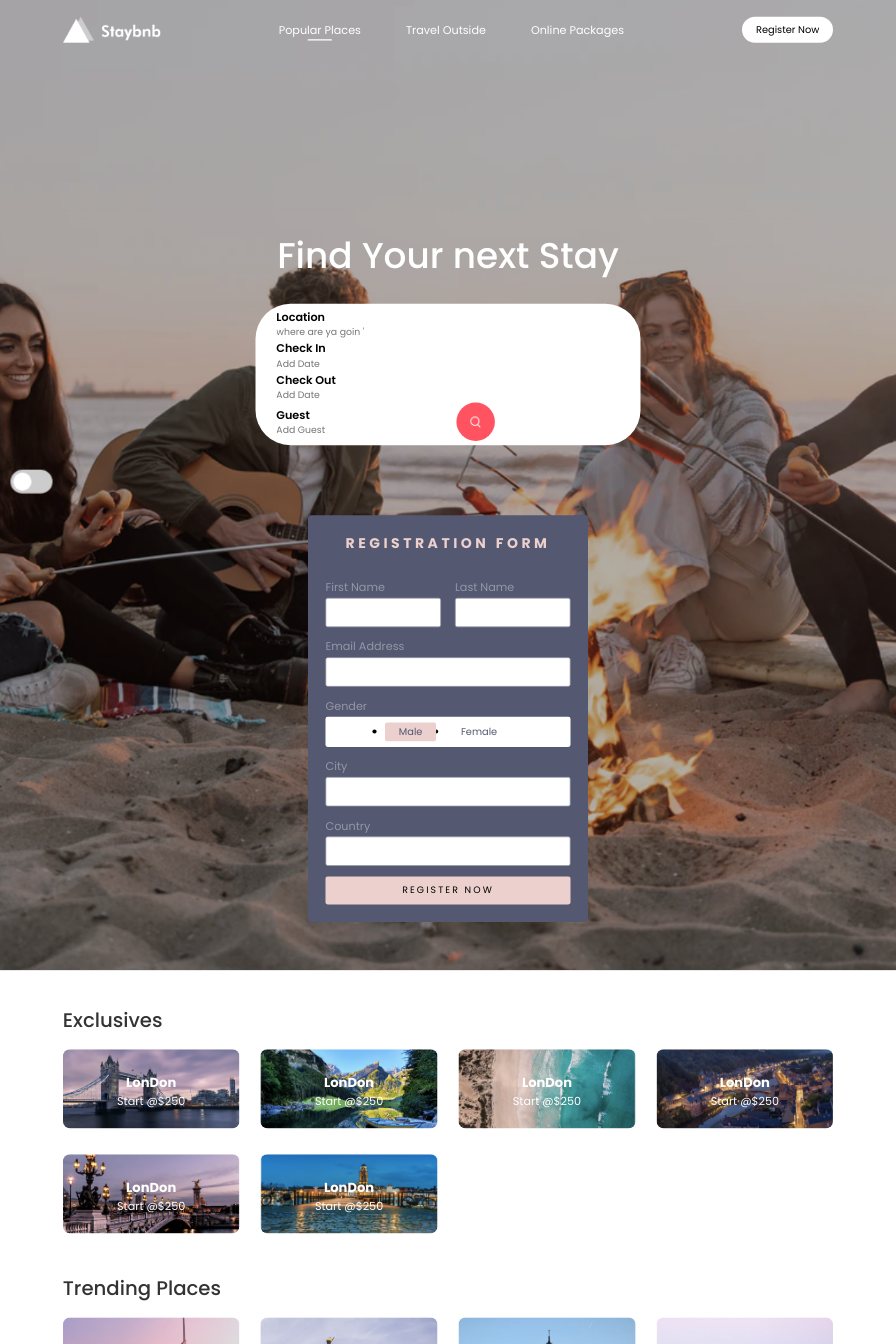
Repository: pinocoding/AirBnB
Page: index.html
These files come from the project's save history. The page is drawn as it stood at one moment and after the next save; the edit follows.
The browser window is 1280 px wide. The pictures show the part of the page from y = 0 to 1920 px (the page is 3707 px tall), at 70% of full size.

Above is the page before, as saved 2022-02-13 10:47:29.
Console error: TypeError: Cannot set properties of null (setting 'onclick')

### index.html
<!DOCTYPE html>
<html lang="en">

<head>
    <meta charset="UTF-8">
    <meta http-equiv="X-UA-Compatible" content="IE=edge">
    <meta name="viewport" content="width=device-width, initial-scale=1.0">
    <link rel="stylesheet" href="https://cdnjs.cloudflare.com/ajax/libs/font-awesome/6.0.0-beta3/css/all.min.css">

    <link rel="stylesheet" href="./style.css">

    <title>AirBnB</title>
</head>

<body>
    <div class="warrper">
        <div class="header">
            <nav id="navBar">
                <img src="./images/logo.png" class="logo" alt="blem">
                <ul class=" nav-links ">
                    <li><a href="./index.html " class="navtag active ">Popular Places</a></li>
                    <li><a href="./house.html " class="navtag ">Travel Outside</a></li>
                    <li><a href="./listing.html " class="navtag ">Online Packages</a></li>
                </ul>
                <a class="regiser-btn">Register Now</a>
                <i class="fas fa-bars menuIcon "></i>
            </nav>
            <div class="container ">
                <h1>
                    Find Your next Stay
                </h1>
                <div class="search-bar ">
                    <form>
                        <div class="location-input ">
                            <label for=" ">Location</label>
                            <input type="text " placeholder="where are ya goin '">
                        </div>
                        <div>
                            <label for="">Check In </label>
                            <input type="text" placeholder="Add Date">
                        </div>
                        <div>
                            <label for="">Check Out</label>
                            <input type="text" placeholder="Add Date">
                        </div>
                        <div>
                            <label for="">Guest</label>
                            <input type="text" placeholder="Add Guest">
                        </div>
                        <button type="submit">
              <img src="./images/search.png" alt="blem" >
            </button>
                    </form>
                </div>


            </div>
            <!-- IMG gallary  -->
            <label class="switch">
                <input type="checkbox">
                <span class="slider round"></span>
              </label>
            <!-- blem blem blem  -->
            <div class="wrapperr form">
                <div class="registration_form">
                    <div class="title">
                        Registration Form
                    </div>

                    <form>
                        <div class="form_wrap">
                            <div class="input_grp">
                                <div class="input_wrap">
                                    <label for="fname">First Name</label>
                                    <input type="text" id="fname">
                                </div>
                                <div class="input_wrap">
                                    <label for="lname">Last Name</label>
                                    <input type="text" id="lname">
                                </div>
                            </div>
                            <div class="input_wrap">
                                <label for="email">Email Address</label>
                                <input type="text" id="email">
                            </div>
                            <div class="input_wrap">
                                <label>Gender</label>
                                <ul>
                                    <li>
                                        <label class="radio_wrap">
                                            <input type="radio" name="gender" value="male" class="input_radio" checked>
                                            <span>Male</span>
                                        </label>
                                    </li>
                                    <li>
                                        <label class="radio_wrap">
                                            <input type="radio" name="gender" value="female" class="input_radio">
                                            <span>Female</span>
                                        </label>
                                    </li>
                                </ul>
                            </div>
                            <div class="input_wrap">
                                <label for="city">City</label>
                                <input type="text" id="city">
                            </div>
                            <div class="input_wrap">
                                <label for="country">Country</label>
                                <input type="text" id="country">
                            </div>
                            <div class="input_wrap">
                                <input type="submit" value="Register Now" class="submit_btn">
                            </div>
                        </div>
                    </form>
                </div>
            </div>

            <!-- blem blem blem  -->


            <!-- ---------Container------ -->

        </div>
        <div class="container">
            <h2 class="sub-title">Exclusives</h2>
            <div class="exclusives">
                <div>
                    <img src="./images/image-1.png" alt="blem">
                    <span>
           <h3>
             LonDon
           </h3>
           <p>
             Start @$250
           </p>
         </span>
                </div>
                <div>
                    <img src="./images/image-2.png" alt="">
                    <span>
          <h3>
            LonDon
          </h3>
          <p>
            Start @$250
          </p>
        </span>
                </div>
                <div>
                    <img src="./images/image-3.png" alt="">
                    <span>
          <h3>
            LonDon
          </h3>
          <p>
            Start @$250
          </p>
        </span>
                </div>
                <div>
                    <img src="./images/image-4.png" alt="">
                    <span>
          <h3>
            LonDon
          </h3>
          <p>
            Start @$250
          </p>
        </span>
                </div>
                <div>
                    <img src="./images/image-5.png" alt="">
                    <span>
          <h3>
            LonDon
          </h3>
          <p>
            Start @$250
          </p>
        </span>
                </div>
                <div>
                    <img src="./images/image-6.png" alt="">
                    <span>
          <h3>
            LonDon
          </h3>
          <p>
            Start @$250
          </p>
        </span>
                </div>
            </div>
            <h2 class="sub-title">
                Trending Places
            </h2>
            <div class="trending">
                <div>
                    <img src="./images/dubai.png" alt="blem">
                    <h3>DuBai</h3>
                </div>
                <div>
                    <img src="./images/new-york.png" alt="blem">
                    <h3>New-York</h3>
                </div>
                <div>
                    <img src="./images/paris.png" alt="blem">
                    <h3>Paris</h3>
                </div>
                <div>
                    <img src="./images/new-delhi.png" alt="blem">
                    <h3>New-delhi</h3>
                </div>
            </div>
            <div class="cta">
                <h3>Sharing <br> is Earning now</h3>
                <p>Great opportunity to make money by <br> Sharing your extra space.</p>
                <a href="#" class="cta-btn">know More </a>
            </div>
            <h2 class="sub-title">
                Traveller Stories
            </h2>
            <div class="stories">
                <div>
                    <img src="./images/story-1.png" alt="#">
                    <p>Popular Euopean countries with a bugget of just $10.000 </p>
                </div>
                <div>
                    <img src="./images/story-2.png" alt="#">
                    <p>Traveled more than 100 Centuries in less thang a year </p>
                </div>
                <div>
                    <img src="./images/story-3.png" alt="#">
                    <p>Best experience you get while traveling to ThaiLand</p>
                </div>

            </div>
            <a href="#" class="start-btn">Start making money</a>
            <div class="about-msg">
                <h2>About StayBnB</h2>
                <p>
                    Lorem ipsum dolor, sit amet consectetur adipisicing elit. Commodi voluptates nostrum quasi, voluptatibus obcaecati delectus? Delectus omnis obcaecati id perferendis suscipit autem nobis. Eum reiciendis placeat minima molestiae ducimus iure! Lorem ipsum
                    dolor sit amet consectetur adipisicing elit. Natus, pariatur. Sapiente vero optio odit, ab voluptatem nobis iusto odio vel quam tempore maxime tenetur esse inventore modi suscipit alias pariatur!
                </p>
                <div class="footer">
                    <a href="https://www.facebook.com/profile.php?id=100018576767734" aria-label="Read more about Seminole tax hike"><i class="fab fa-facebook"></i></a>
                    <a href=""><i class="fab fa-youtube" aria-label="Read more about Seminole tax hike"></i> </a>

                    <a href=""><i class="fab fa-twitter" aria-label="Read more about Seminole tax hike"></i></a>
                    <a href=""><i class="fab fa-instagram" aria-label="Read more about Seminole tax hike"></i></a>
                    <a href=""><i class="fab fa-tiktok" aria-label="Read more about Seminole tax hike"></i></a>

                    <hr>
                    <p>Copyright @ 2021, Easy Tutorials.</p>
                </div>
            </div>

            <!--  -->

        </div>


    </div>
    <!-- header -->
</body>
<script src="./function.js"></script>

</html>

Loaded but not shown: function.js (26 lines, source omitted); style.css (1040 lines, source omitted)

After the next save:
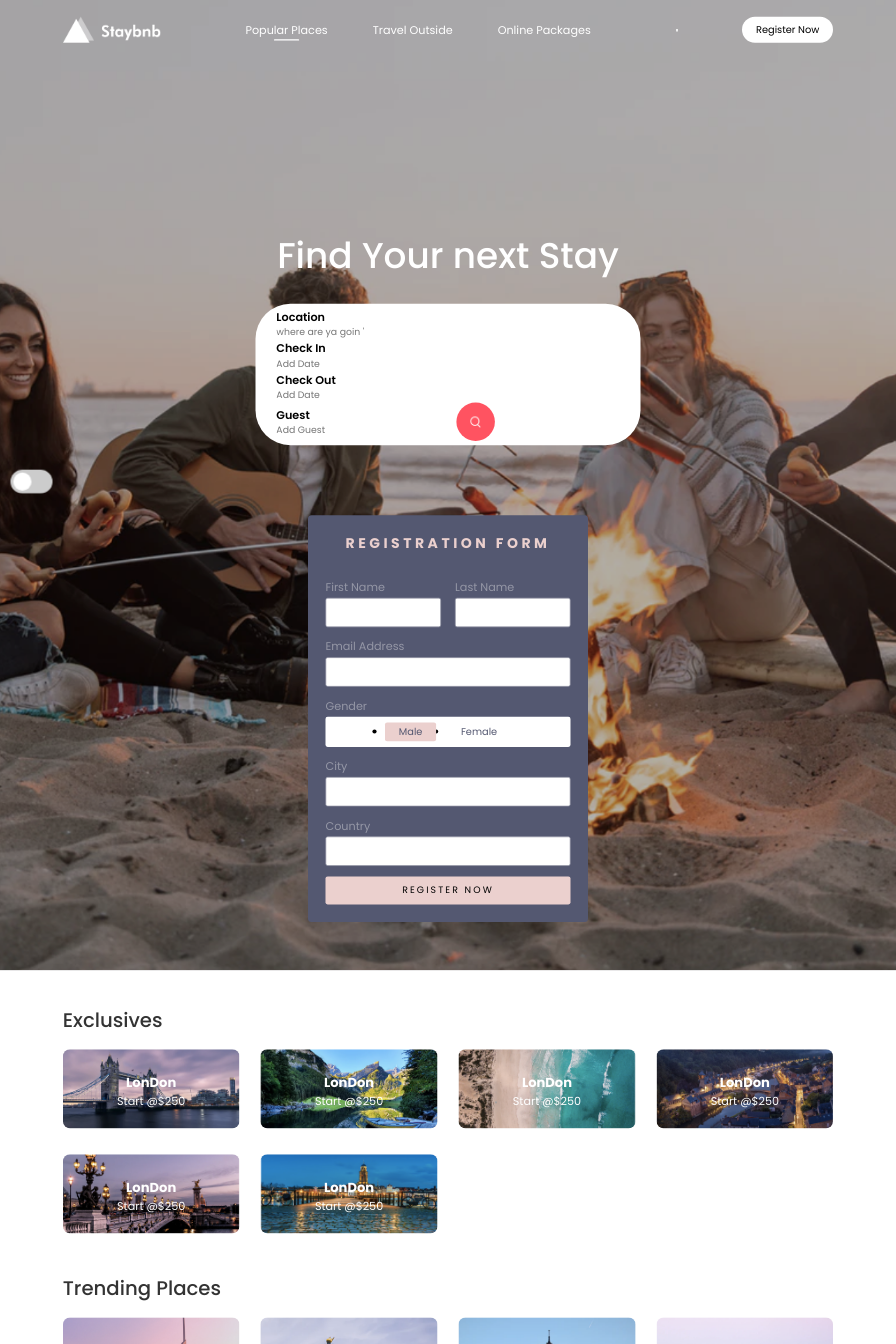
Saved 70 min 26 s later.
--- a/index.html
+++ b/index.html
@@ -22,8 +22,10 @@
                     <li><a href="./house.html " class="navtag ">Travel Outside</a></li>
                     <li><a href="./listing.html " class="navtag ">Online Packages</a></li>
                 </ul>
-                <a class="regiser-btn">Register Now</a>
-                <i class="fas fa-bars menuIcon "></i>
+                <button>
+                    <i class="fas fa-bars menuIcon "></i>
+
+                </button><a class="regiser-btn">Register Now</a>
             </nav>
             <div class="container ">
                 <h1>
